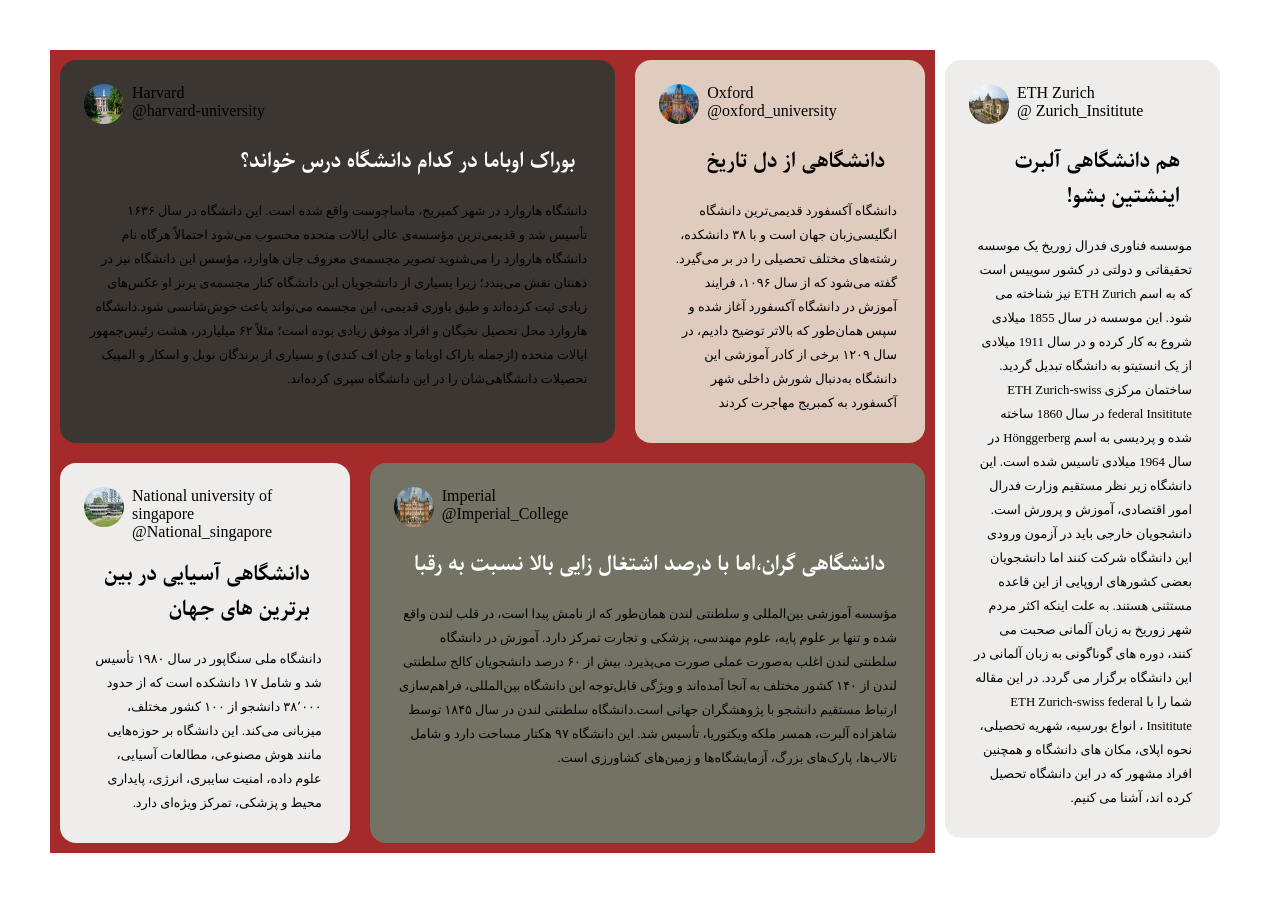
Repository: rahanwz/cards
Page: cards.html
The author's editor kept a copy of each file at every save. The page is drawn from the files as they stood at one save, then again after the next save.
The browser window is 1280 px wide. The pictures show the whole page.

Above is the page before, as saved 2024-02-17 15:54:03.

After the next save:
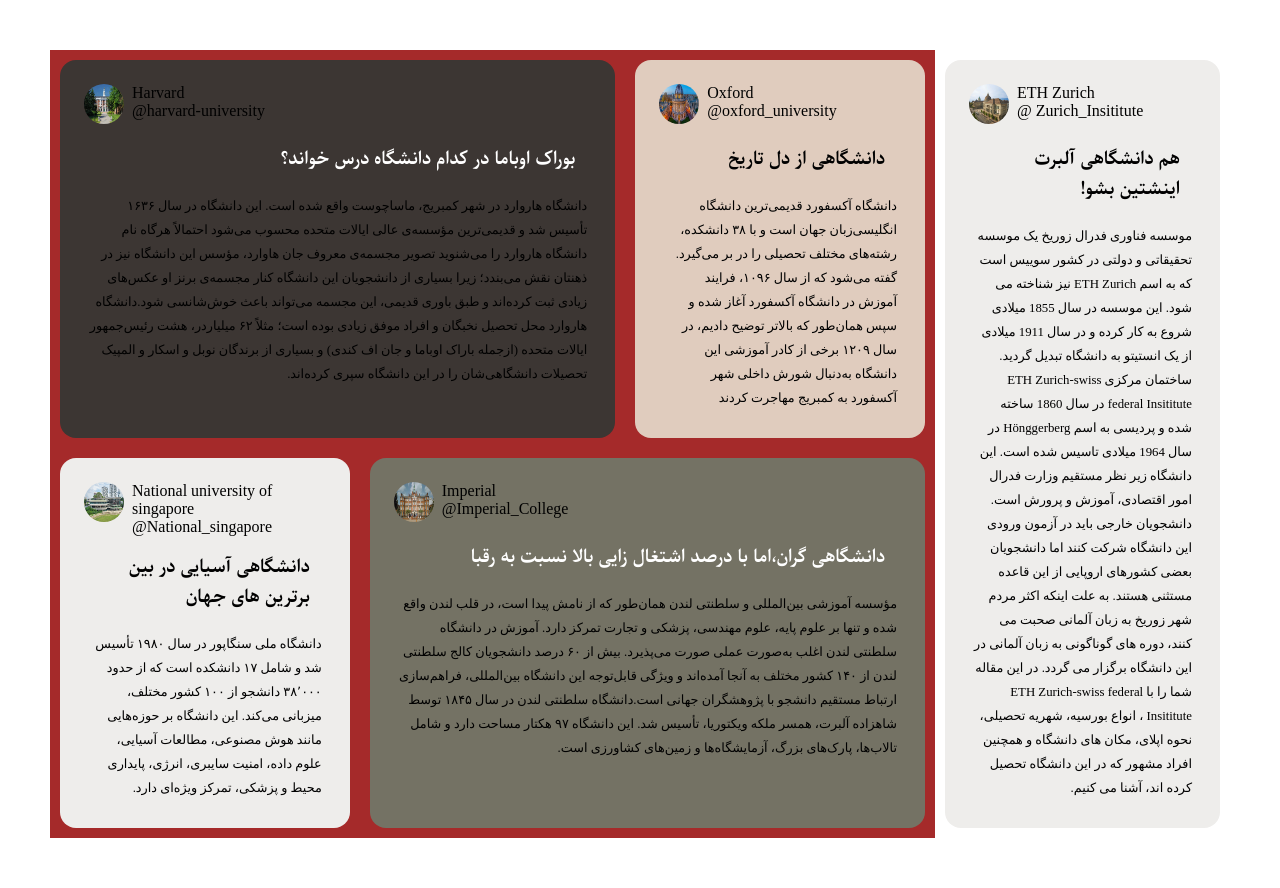
Saved 9 s later.
--- a/cards.css
+++ b/cards.css
@@ -96,7 +96,7 @@
 }
 
 .descrip1{
- font-size:1.25rem;
+ font-size:1.1rem;
  padding: 1rem;
  font-family: titr;
 }
